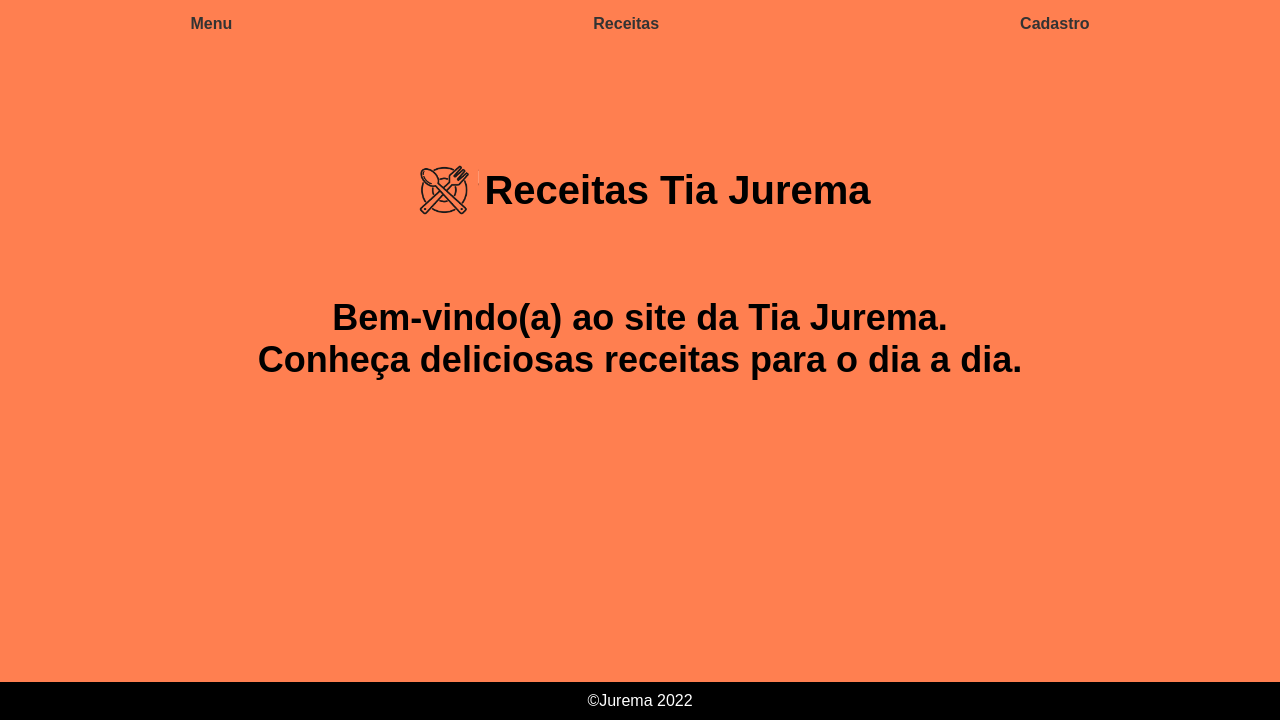
Repository: devropaes/RECEITAS
Page: OneDrive/Área de Trabalho/Estudos/Estácio/receitas/menu.html
An editor plug-in stored every save of this project. The page is shown before and after the next save, followed by the edit.
The browser window is 1280 px wide. The pictures show the whole page.
Some web libraries are served in a nearby version.

Above is the page before, as saved 2024-03-12 17:25:07.

### OneDrive/Área de Trabalho/Estudos/Estácio/receitas/menu.html
<!DOCTYPE html>
<html lang="pt-br" >
<head>
  <head>
    <meta charset="UTF-8">
    <meta http-equiv="X-UA-Compatible" content="IE=edge">
    <meta name="viewport" content="width=device-width, initial-scale=1.0">
    <script src="https://kit.fontawesome.com/a076d05399.js" crossorigin="anonymous"></script>
    <link rel="stylesheet" href="./menu.css">

    <title>Menu</title>

 </head>
<body>
  <div class="page-container"></div>
  <ul class="navlist">
      <li><a href="home.html">Menu</a></li>
      <li><a href="receitas.html">Receitas</a></li>
      <LI><a href="cadastro.html">Cadastro</a></LI>
 </ul>

  <main class="content">
      <div class="logo-container">
        <img src="./assets/Foto3.png" class="logo">
              <a class = "receitas__tia__jurema"> <strong>Receitas Tia Jurema</strong> </a>

  </div>
          <div class="apresentacao">
              <h2>Bem-vindo(a) ao site da Tia Jurema.</h2>

              <h2>Conheça deliciosas receitas para o dia a dia.</h2>

          </div>

  </main>



      <footer class="rodape">
           <p>&copy;Jurema 2022 </p>
      </footer>
</body>
</html>

### OneDrive/Área de Trabalho/Estudos/Estácio/receitas/menu.css


:root {
    --cor-primaria: #ff7f50;
    --cor-secundaria: #333;
    --cor-terciaria: #000;
    --cor-hover: #fff;
    --font-primaria: "Arial, Helvetica", sans-serif;
    --font-secundaria: "Krona-One", sans-serif;
}

* {
    margin: 0;
    padding: 0;
    box-sizing: border-box;
}

body {
    background-color: var(--cor-primaria);
    font-family: var(--font-secundaria);
    font-size: 1em;
    font-weight: 400;
    text-align: center;
    margin: 5px;

}

.page-container {
    display: flex;
    flex-direction: column;
    align-items: center;
    justify-content: center;
    text-align: center;
    margin:5px;
    border-color: var(--cor-hover);
}
.content {
    margin-bottom: 20px;


}
.navlist {
    list-style: none;
    padding: 5px;
    display: flex;
    justify-content: space-around;
    color: var(--cor-secundaria);
    font-size: 1rem;
    font-weight: 600;
    margin-bottom: 125px;
}

.navlist a {
    text-decoration: none;
    color: var(--cor-secundaria);
    font-size: 1rem;
    font-weight: 600;
    font-family: var(--font-primaria);

}
.logo-container {
    display: flex;
    align-items: center;
    margin-bottom: 50px;
}

.logo {
    width: 90px;
    margin-right: 30px;

}

.receitas__tia__jurema {
    width: 80px;
    font-size: 2.5em;
    margin-bottom: 50px;
    padding: 50px;
    display:contents;

}

.content {
    display: flex;
    flex-direction: column;
    align-items: center;
    justify-content: center;
    text-align: center;



}

.apresentacao {
    font-size: 1.5em;
    text-align:inherit;
    padding: 30px;
    width: 80%; /* Ajuste conforme necessário */
    margin: auto;

}
.apresentação h2 {
    margin: bottom 30px;
    padding: 30px;
    text-align: center;
}

/* Adicione esta regra para alinhar o logo à esquerda da Receitas Tia Jurema */
.content {
    display: flex;
    align-items: center;
    margin-bottom: 20px;
}

.logo {
    width: 70px;
    margin-right: 5px; /* Ajuste conforme necessário */

}

.rodape {
    background-color: var(--cor-terciaria);
    color: var(--cor-hover);
    text-align: center;
    padding: 10px;
    position: fixed;
    border-bottom: var(--cor-hover);
    left: 0;
    bottom: 0%;
    width: 100%;
    max-width: 100%;

}

### OneDrive/Área de Trabalho/Estudos/Estácio/receitas/formatos.css

img {
    width: 70px;
    background-color: #ff7f50;
}

img, h1 {
    display:inline-block
    background-color: #ff7f50;

}

img arroz-de-couve-flor,bolo-de-cafe,coxinha-de-brigadeiro {
    width: 300px;
}
navlist {
 display: flex;
 background-color: #ff7f50;
}
body {
    background-color:#ff7f50;
    font-family: Arial, Helvetica, sans-serif;
    font-size: 16px;
    text-decoration: none;


}
header {
    text-decoration: none;
}

.cabecalho{
    background-color: #ff7f50;
    font-family:"krona one",sans-serif ;
    font-weight: 600;
    color: #333;
    padding: 10px;
    text-decoration: none;
}

.cabecalho__menu {
    background-color: #ff7f50;
    font-family: "Krona One", sans-serif;
    font-weight: 600;
    display: flex;
    justify-content: left;
    color:#333;
    text-decoration: none;

}


.cabecalho__menu__link {
    background-color: #ff7f50;
    font-family: "Krona One", sans-serif;
    font-weight: 600;
    color: #333;
    text-decoration: none;
    padding: 5px 10px;
    margin: 0 10px;
    pad: 50px;

}
.cabecalho__cadastro__link {
    background-color: #ff7f50;
    font-family: "Krona One", sans-serif;
    font-weight: 600;
    color: #333;
    text-decoration: none;
    padding: 5px 10px;
    margin: 0 10px;
    pad: 50px;
}


.apresentacao {
    font-family: "Krona One", sans-serif;
    font-weight: 600;
    background-color: #ff7f50;
    text-align: center;
    padding: 50px;
}

.apresentacao__conteudo {
    img: 33 x 32px;
    font-family: "Krona One", sans-serif;
    font-weight: 600;
    max-width: 600px;
    margin: 0 auto;
    pad: 60px;
}

.apresentacao__conteudo {
    font-family: "Krona One", sans-serif;
    font-weight: 600;
    color: #333;
    pad:62px;

}
.apresentacao__conteudo__titulo {
    justify-items:right;
    width: 60%;

}


.apresentacao__receitas__link {
    align-items: center;
    display:flex;
    gap: 16px;
    width: 50%;
    text-align: center;

}


.rodape {
    background-color: #000;
    color: #fff;
    text-align: center;
    padding: 2px;
    position: fixed;
    border-bottom: #fff;
    left: 0; /* Alteração aqui para fixar o rodapé no lado esquerdo */
    bottom: 0%;
    width: 100%;
    margin: 0%;
    max-width: 100%;

}

After the next save:
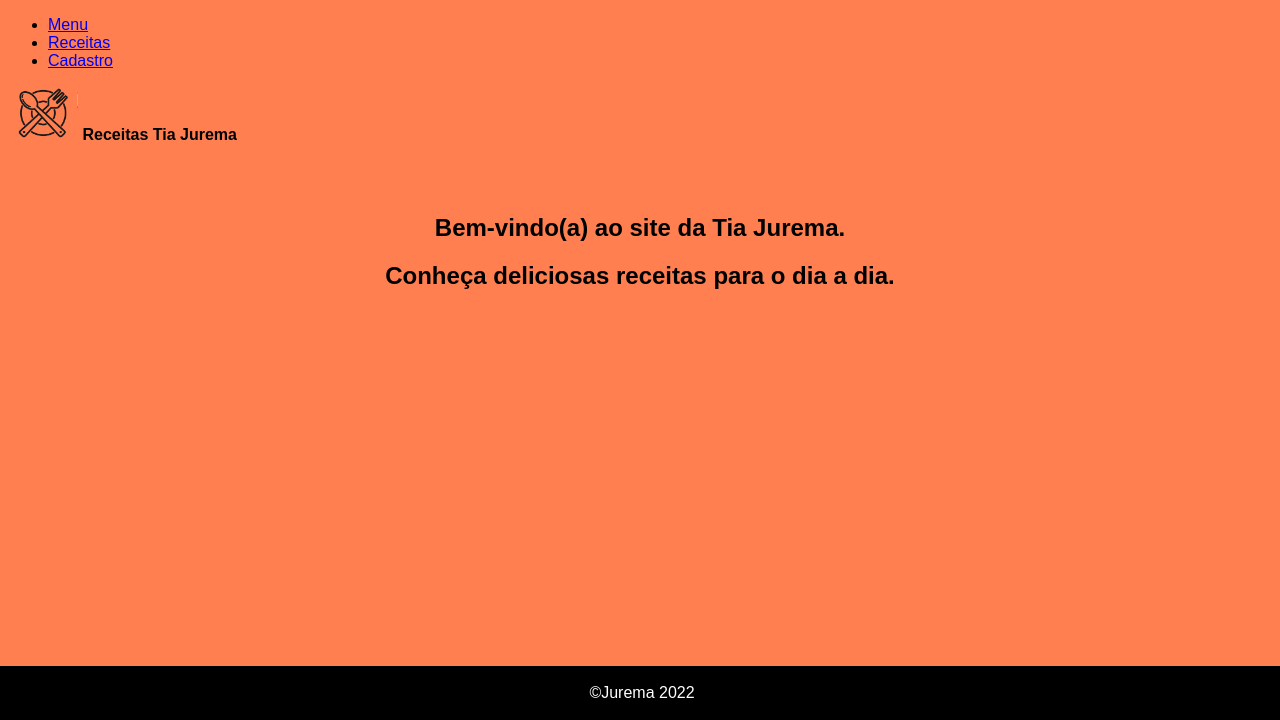
Saved 7 min 15 s later.
--- a/OneDrive/Área de Trabalho/Estudos/Estácio/receitas/menu.html
+++ b/OneDrive/Área de Trabalho/Estudos/Estácio/receitas/menu.html
@@ -6,7 +6,7 @@
     <meta http-equiv="X-UA-Compatible" content="IE=edge">
     <meta name="viewport" content="width=device-width, initial-scale=1.0">
     <script src="https://kit.fontawesome.com/a076d05399.js" crossorigin="anonymous"></script>
-    <link rel="stylesheet" href="./menu.css">
+    <link rel="stylesheet" href="./formatos.css">
 
     <title>Menu</title>
 
